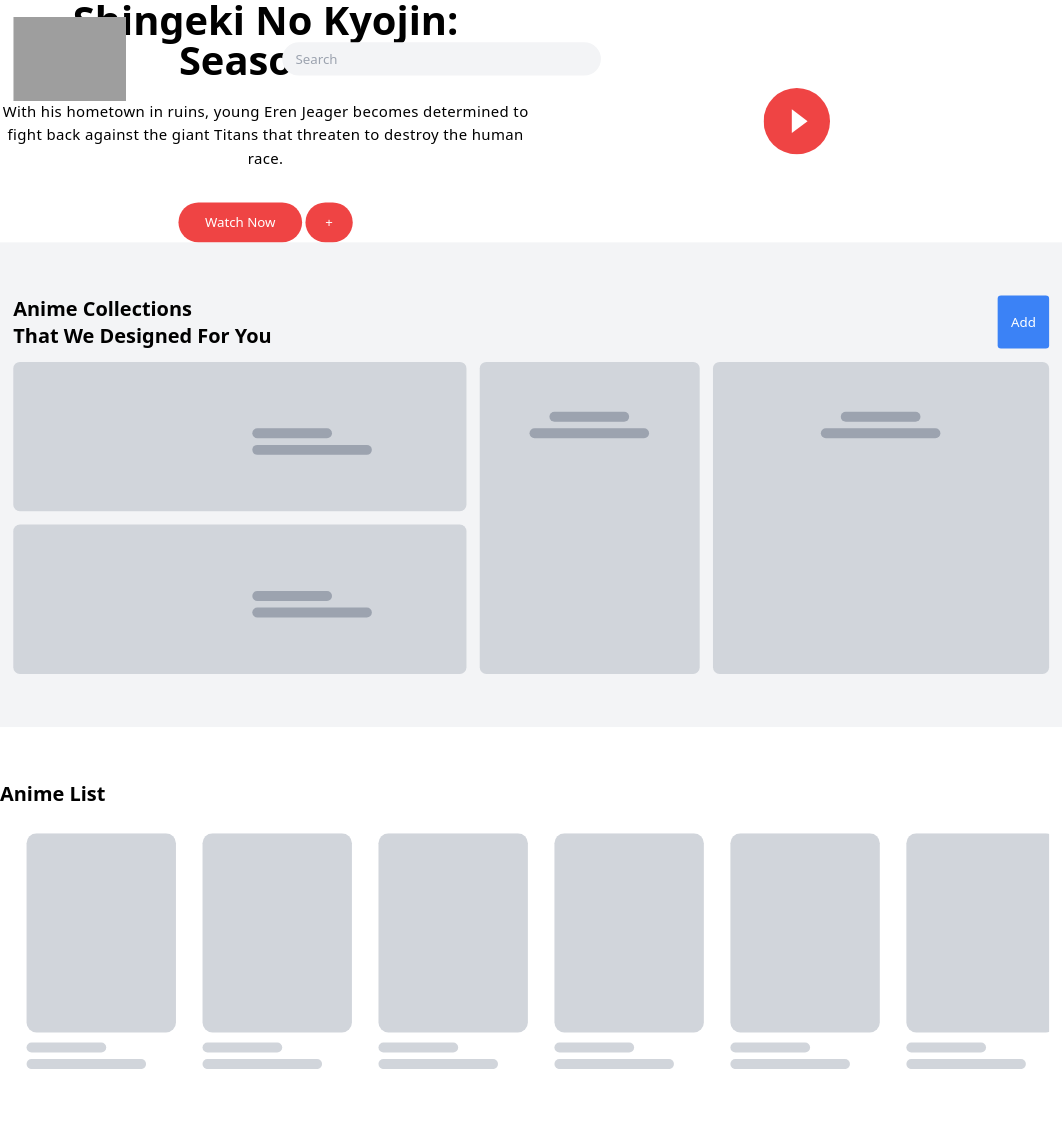
Repository: farrelmuhammad/anime-collections
Page: /
The author's editor kept a copy of each file at every save. The page is drawn from the files as they stood at one save, then again after the next save.
The browser window is 1280 px wide. The pictures show the whole page, at 83% of full size.
Pictures or frames that could not be fetched are drawn as grey boxes. The page's requests for data from a server got no answer. The project was rebuilt for these pictures with package versions that can differ from the ones it lists, and the page was loaded fresh each time. No one was signed in, and anything a server would have sent is missing. Also part of the build but not shown: src/App.css.

Above is the page before, as saved 2023-08-06 01:53:00.

### src/index.tsx
import React from 'react';
import ReactDOM from 'react-dom/client';
import "./assets/css/app.css";
import App from './App';
import reportWebVitals from './reportWebVitals';
import { BrowserRouter } from 'react-router-dom';
import { ApolloProvider } from '@apollo/client';
import client from './services/apollo-client'; // Assuming your apollo-client.ts is in the 'services' folder

const root = ReactDOM.createRoot(
  document.getElementById('root') as HTMLElement
);
root.render(
  <ApolloProvider client={client}>
    <React.StrictMode>
      <BrowserRouter>
        <App />
      </BrowserRouter>
    </React.StrictMode>
  </ApolloProvider>,
);

// If you want to start measuring performance in your app, pass a function
// to log results (for example: reportWebVitals(console.log))
// or send to an analytics endpoint. Learn more: https://bit.ly/CRA-vitals
reportWebVitals();

### src/assets/css/app.css
@import url("https://fonts.googleapis.com/css2?family=Open+Sans:wght@300;400;600&display=swap");
@tailwind base;
@tailwind components;
@tailwind utilities;

/* body {
  background-color: #16181f;
} */

/* utils */

.grid {
  grid-auto-flow: row dense;
  grid-auto-rows: minmax(180px, auto);
}

.stretched-link {
  @apply absolute inset-0 z-10;
}

/* card */

.card .card-shadow {
  @apply transition duration-300 shadow-none h-full;
}

.card:hover .card-shadow {
  @apply shadow-lg;
}

/* overlay */

.overlay {
  @apply absolute;
}

.overlay * {
  @apply transition-all duration-200;
}

.overlay.hoverable > * {
  @apply opacity-0;
}

.overlay.hoverable:hover > * {
  @apply opacity-100;
}

.overlay .video {
  @apply absolute transform bg-red-500 bg-no-repeat bg-center w-20 h-20 rounded-full items-center justify-center flex -translate-x-1/2 -translate-y-1/2;
  content: '';
  top: 50%;
  left: 50%;
  transform: translate(-50%, -50%);
  background-image: url("data:[embedded picture, 193 characters]");
}


@media only screen and (max-width: 768px) {
  .hero .hero-image,
  .hero .hero-caption {
    min-height: 90vh;
  }
  .hero .hero-cta {
    @apply w-12 h-12;
    transform: translateX(-75px) translateY(-50%);
    background-size: 37.5%;
  }
}

/* breadcrumb */

ul.breadcrumb {
  @apply flex flex-row items-center text-lg;
}

ul.breadcrumb li:not(:last-child):after {
  content: "/";
  @apply px-4;
}

ul.breadcrumb li:not(:last-child) a {
  @apply font-light;
}

ul.breadcrumb li:last-child a {
  @apply font-semibold;
}

/* slider */

.slider {
  @apply flex my-4 flex-col;
}

.slider .thumbnail {
  @apply w-screen order-last -mx-2 overflow-auto flex pl-4;
}

.slider .thumbnail .item {
  @apply rounded relative rounded-lg mb-4 cursor-pointer;
  width: 106px;
  height: 106px;
}

.slider .thumbnail .item:after {
  content: "";
  @apply transition duration-200 absolute inset-0 bg-black bg-opacity-0 border-2 border-black border-opacity-0 rounded-lg;
}

.slider .thumbnail .item.selected:after {
  content: "";
  @apply bg-opacity-25 border-opacity-100;
}

.slider .preview {
  @apply mb-4 px-4;
  height: 320px;
}

@media only screen and (min-width: 768px) {
  .slider {
    @apply flex-row;
  }
  .slider .thumbnail {
    @apply w-auto order-first block overflow-visible pl-0;
  }
  .slider .preview {
    height: 600px;
    width: 560px;
  }
}

a.cart svg g circle.dot {
  @apply hidden;
}

a.cart.cart-filled svg g circle.dot {
  @apply block;
}

button[disabled] {
  @apply bg-gray-300 hover:bg-gray-300 text-gray-400 hover:text-gray-400 cursor-not-allowed;
}

section:not(.bg-gray-100) + section.sitemap > div {
  @apply border-t;
}

### src/App.tsx
import React from 'react';
import logo from './logo.svg';
import './App.css';
import { Routes, Route } from 'react-router-dom';
import Home from './pages/Home';

function App() {
  return (
    <>
      <Routes>
        <Route path="/" element={<Home />} />
      </Routes>
    </>
  );
}

export default App;

### src/services/apollo-client.ts
import { ApolloClient, InMemoryCache } from '@apollo/client';

const client = new ApolloClient({
    uri: 'https://graphql.anilist.co', // AniList GraphQL API endpoint
    cache: new InMemoryCache(),
});

export default client;

### src/pages/Home.tsx
import React from 'react'
import Header from '../parts/Header'
import Hero from '../parts/Home/Hero'
import Categories from '../parts/Home/Categories'
import AnimeList from '../parts/Home/AnimeList'

const Home = () => {
    return (
        <>
            <Header theme="white" position="absolute" />
            <Hero />
            <Categories />
            <AnimeList />
        </>
    )
}

export default Home

### src/parts/Header.tsx
import React, { useState } from 'react'
import { Link } from "react-router-dom";

interface HeaderProps {
    theme: string; // Change the type to the appropriate one based on your usage
    position: string; // Change the type to the appropriate one based on your usage
}

const Header: React.FC<HeaderProps> = ({ theme, position }) => {
    const [toggleMainMenu, setToggleMainMenu] = useState<boolean>(false);
    return (
        <>
            <header className={[position, "w-full z-40 px-4"].join(" ")}>
                <div className="container mx-auto py-5">
                    <div className="flex flex-stretch items-center">
                        <div className="w-56 items-center flex">
                            <Link to="/">
                                <img
                                    // src={Logo}
                                    src="https://tv.idlixprime.com/wp-content/uploads/2020/07/logov4.png"
                                    alt="IDLIX"
                                />
                            </Link>
                        </div>
                        <div className="w-full flex items-center justify-center">
                            <input
                                type="text"
                                placeholder="Search"
                                className="w-full md:w-96 py-2 px-4 rounded-full bg-gray-100 focus:outline-none"
                            />
                        </div>
                        <div className="w-auto">
                            <ul
                                className={["fixed bg-white inset-0 flex flex-col items-center justify-center opacity-0 md:visible md:flex-row md:bg-transparent md:relative md:opacity-100 md:flex md:items-center", toggleMainMenu ? "opacity-100 z-30 visible" : "invisible opacity-0"].join(" ")}
                                id="menu"
                            >
                                <li className="mx-3 py-6 md:py-0">
                                    <Link
                                        to="/showcase"
                                        className={[
                                            "hover:underline",
                                            theme === "white"
                                                ? "text-black md:text-white"
                                                : "text-black md:text-black ",
                                        ].join(" ")}
                                    >
                                        Showcase
                                    </Link>
                                </li>
                                <li className="mx-3 py-6 md:py-0">
                                    <Link
                                        to="/catalog"
                                        className={[
                                            "hover:underline",
                                            theme === "white"
                                                ? "text-black md:text-white"
                                                : "text-black md:text-black ",
                                        ].join(" ")}
                                    >
                                        Catalog
                                    </Link>
                                </li>
                                <li className="mx-3 py-6 md:py-0">
                                    <Link
                                        to="/delivery"
                                        className={[
                                            "hover:underline",
                                            theme === "white"
                                                ? "text-black md:text-white"
                                                : "text-black md:text-black ",
                                        ].join(" ")}
                                    >
                                        Delivery
                                    </Link>
                                </li>
                                <li className="mx-3 py-6 md:py-0">
                                    <Link
                                        to="/rewards"
                                        className={[
                                            "hover:underline",
                                            theme === "white"
                                                ? "text-black md:text-white"
                                                : "text-black md:text-black ",
                                        ].join(" ")}
                                    >
                                        Rewards
                                    </Link>
                                </li>
                            </ul>
                        </div>
                        <div className="w-auto">
                            <ul className="items-center flex">
                                <li className="ml-6 block md:hidden">
                                    <button
                                        className={["flex z-50 items-center justify-center w-8 h-8 text-black md:text-white focus:outline-none",
                                            toggleMainMenu ? "fixed top-0 right-0" : "relative",
                                            theme === "white"
                                                ? "text-black md:text-white"
                                                : "text-black md:text-black "].join(" ")}
                                        onClick={() => setToggleMainMenu(prev => !prev)}
                                    >
                                        <svg
                                            className="fill-current"
                                            width="18"
                                            height="17"
                                            viewBox="0 0 18 17"
                                        >
                                            <path d="M15.9773 0.461304H1.04219C0.466585 0.461304 0 0.790267 0 1.19609C0 1.60192 0.466668 1.93088 1.04219 1.93088H15.9773C16.5529 1.93088 17.0195 1.60192 17.0195 1.19609C17.0195 0.790208 16.5529 0.461304 15.9773 0.461304Z" />
                                            <path d="M15.9773 7.68802H1.04219C0.466585 7.68802 0 8.01698 0 8.42281C0 8.82864 0.466668 9.1576 1.04219 9.1576H15.9773C16.5529 9.1576 17.0195 8.82864 17.0195 8.42281C17.0195 8.01692 16.5529 7.68802 15.9773 7.68802Z" />
                                            <path d="M15.9773 14.9147H1.04219C0.466585 14.9147 0 15.2437 0 15.6495C0 16.0553 0.466668 16.3843 1.04219 16.3843H15.9773C16.5529 16.3843 17.0195 16.0553 17.0195 15.6495C17.0195 15.2436 16.5529 14.9147 15.9773 14.9147Z" />
                                        </svg>
                                    </button>
                                </li>
                                {/* <li className="ml-6">
                                    <Link
                                        className={["cart flex items-center justify-center w-8 h-8", theme === "white" ? "text-black md:text-white" : "text-white md:text-black", state.cart && Object.keys(state.cart).length > 0 ? "cart-filled" : "", isCartChanged ? "animate-bounce" : ""
                                        ].join(" ")}
                                        to="/cart"
                                    >
                                        <IconCart />
                                    </Link>
                                </li> */}
                            </ul>
                        </div>
                    </div>
                </div>
            </header>
        </>
    )
}

export default Header

### src/parts/Home/Hero.tsx
import React, { useState, useEffect } from "react";
import axios from "axios";

const Hero: React.FC = () => {
    const [randomImage, setRandomImage] = useState<string | null>(null);

    useEffect(() => {
        fetchRandomAnimeImage();
    }, []);

    const fetchRandomAnimeImage = async () => {
        try {
            const response = await axios.get("https://picsum.photos/800/600");
            console.log(response.request.responseURL);
            setRandomImage(response.request.responseURL);
        } catch (error) {
            console.error("Error fetching random image:", error);
        }
    };

    return (
        <section className="flex items-center hero">
            <div className="w-full absolute z-20 inset-0 md:relative md:w-1/2 text-center flex flex-col justify-center hero-caption">
                <h1 className="text-3xl md:text-5xl leading-tight font-semibold">
                    Shingeki No Kyojin: <br className="" />
                    Season 4
                </h1>
                <h2 className="px-8 text-base md:px-0 md:text-lg my-6 tracking-wide">
                    With his hometown in ruins, young Eren Jeager becomes determined to fight back against the giant Titans that threaten to destroy the human race.
                </h2>

                <div>
                    <a
                        href="#browse-the-room"
                        className="bg-red-500 text-white hover:bg-black hover:text-red-400 rounded-full px-8 py-3 mt-4 mr-1 inline-block flex-none transition duration-200"
                    >
                        Watch Now
                    </a>
                    <a
                        href="#browse-the-room"
                        className="bg-red-500 text-white hover:bg-black hover:text-red-400 rounded-full px-6 py-3 mt-4 inline-block flex-none transition duration-200"
                        title="Watch List"
                    >
                        +
                    </a>

                </div>
            </div>
            <div className="w-full inset-0 md:relative md:w-1/2">
                <div className="relative hero-image">
                    <div className="overlay inset-0 bg-black opacity-35 z-10"></div>
                    <div className="overlay right-0 bottom-0 md:inset-0">
                        <button
                            className="video hero-cta focus:outline-none z-30 modal-trigger"
                            data-content='<div class="w-screen pb-56 md:w-88 md:pb-56 relative z-50">
              <div class="absolute w-full h-full">
                <iframe
                  width="100%"
                  height="100%"
                  src="https://www.youtube.com/embed/3h0_v1cdUIA"
                  frameborder="0"
                  allow="accelerometer; autoplay; clipboard-write; encrypted-media; gyroscope; picture-in-picture"
                  allowfullscreen
                ></iframe>
              </div>
            </div>'
                        ></button>
                    </div>
                    {randomImage && ( // Add this condition to render the image only when randomImage is not null
                        <img
                            src={randomImage}
                            alt="hero 1"
                            className="absolute inset-0 md:relative w-full h-full object-cover object-center"
                        />
                    )}
                </div>
            </div>
        </section>
    );
};

export default Hero;

### src/parts/Home/Categories.tsx
import React, { useEffect } from "react";
// import useAsync from "../../helpers/hooks/useAsync";
import fetch from "../../helpers/fetch";

interface Category {
    id: number;
    title: string;
    imageUrl: string;
    products: number;
    ratio: {
        default: string;
        md: string;
    };
}

interface CategoriesProps { }

function Loading({ ratio }: { ratio: any }) {
    const dummy = [
        {
            id: 1,
            ratio: {
                default: "1/9",
                md: "1/4",
            },
        },
        {
            id: 2,
            ratio: {
                default: "1/9",
                md: "2/2",
            },
        },
        {
            id: 3,
            ratio: {
                default: "1/9",
                md: "2/3",
            },
        },
        {
            id: 4,
            ratio: {
                default: "1/9",
                md: "1/4",
            },
        },
    ];

    return (
        <>
            {dummy.map((item, index) => (
                <div
                    key={item.id}
                    className={`relative card ${ratio?.wrapper.default?.[item.ratio.default]
                        } ${ratio?.wrapper.md?.[item.ratio.md]}`}
                    style={{ height: index === 0 ? 180 : "auto" }}
                >
                    <div className="bg-gray-300 rounded-lg w-full h-full">
                        <div className={`overlay  ${ratio?.meta?.[item.ratio.md]}`}>
                            <div className="w-24 h-3 bg-gray-400 mt-3 rounded-full"></div>
                            <div className="w-36 h-3 bg-gray-400 mt-2 rounded-full"></div>
                        </div>
                    </div>
                </div>
            ))}
        </>
    );
}

const Categories: React.FC<CategoriesProps> = () => {
    // const { data, status, error, run, isLoading } = useAsync<{ data: Category[] }>();

    // useEffect(() => {
    //     run(
    //         fetch({
    //             url: "/api/categories/?page=1&limit=4",
    //         })
    //     );
    // }, [run]);

    const ratioClassNames = {
        wrapper: {
            default: {
                "1/9": "col-span-9 row-span-1",
            },
            md: {
                "1/4": "md:col-span-4 md:row-span-1",
                "2/2": "md:col-span-2 md:row-span-2",
                "2/3": "md:col-span-3 md:row-span-2",
            },
        },
        meta: {
            "1/9":
                "left-0 top-0 bottom-0 flex justify-center flex-col pl-48 md:pl-72",
            "1/4":
                "left-0 top-0 bottom-0 flex justify-center flex-col pl-48 md:pl-72",
            "2/2":
                "inset-0 md:bottom-auto flex justify-center md:items-center flex-col pl-48 md:pl-0 pt-0 md:pt-12",
            "2/3":
                "inset-0 md:bottom-auto flex justify-center md:items-center flex-col pl-48 md:pl-0 pt-0 md:pt-12",
        },
    };

    return (
        <section className="flex bg-gray-100 py-16 px-4" id="browse-the-room">
            <div className="container mx-auto">
                <div className="flex flex-start mb-4">
                    <h3 className="text-2xl capitalize font-semibold">
                        Anime Collections <br />
                        that we designed for you
                    </h3>
                    <button className="ml-auto bg-blue-500 text-white px-4 py-2 rounded">
                        Add
                    </button>
                </div>

                <div className="grid grid-rows-2 grid-cols-9 gap-4">
                    {/* {isLoading ? (
                    <Loading ratio={ratioClassNames} />
                ) : (
                    data?.data.map((item, index) => {
                        return (
                            <div
                                key={item.id}
                                className={`relative card ${ratioClassNames?.wrapper.default?.[item.ratio.default]
                                    } ${ratioClassNames?.wrapper.md?.[item.ratio.md]}`}
                                style={{ height: index === 0 ? 180 : "auto" }}
                            >
                                <div className="card-shadow rounded-xl">
                                    <img
                                        src={`../../assets/images/content/${item.imageUrl}`}
                                        alt={item.title}
                                        className="w-full h-full object-cover object-center overlay overflow-hidden rounded-xl"
                                    />
                                </div>
                                <div
                                    className={`overlay  ${ratioClassNames?.meta?.[item.ratio.md]
                                        }`}
                                >
                                    <h5 className="text-lg font-semibold">{item.title}</h5>
                                    <span className="">
                                        {item.products} item{item.products > 1 ? "s" : ""}
                                    </span>
                                </div>
                            </div>
                        );
                    })
                )} */}
                    <Loading ratio={ratioClassNames} />
                </div>
            </div>
        </section>
    );
};

export default Categories;

### src/graphql/queries.ts
import { gql } from '@apollo/client';

export const GET_ANIME_LIST = gql`
query ($id: Int, $page: Int, $perPage: Int, $search: String) {
    Page (page: $page, perPage: $perPage) {
      pageInfo {
        total
        currentPage
        lastPage
        hasNextPage
        perPage
      }
      media (id: $id, search: $search) {
        id
        title {
          romaji
        }
      }
    }
  }
`;

export const GET_ANIME_DETAIL = gql`
  query GetAnimeDetail($animeId: Int!) {
    Media(id: $animeId) {
      id
      title {
        romaji
      }
      coverImage {
        large
      }
      description
    }
  }
`;

Loaded but not shown: public/index.html (common file); src/reportWebVitals.ts (common file); tailwind.config.js (common file); src/parts/Home/AnimeList.tsx (156 lines, source omitted)

After the next save:
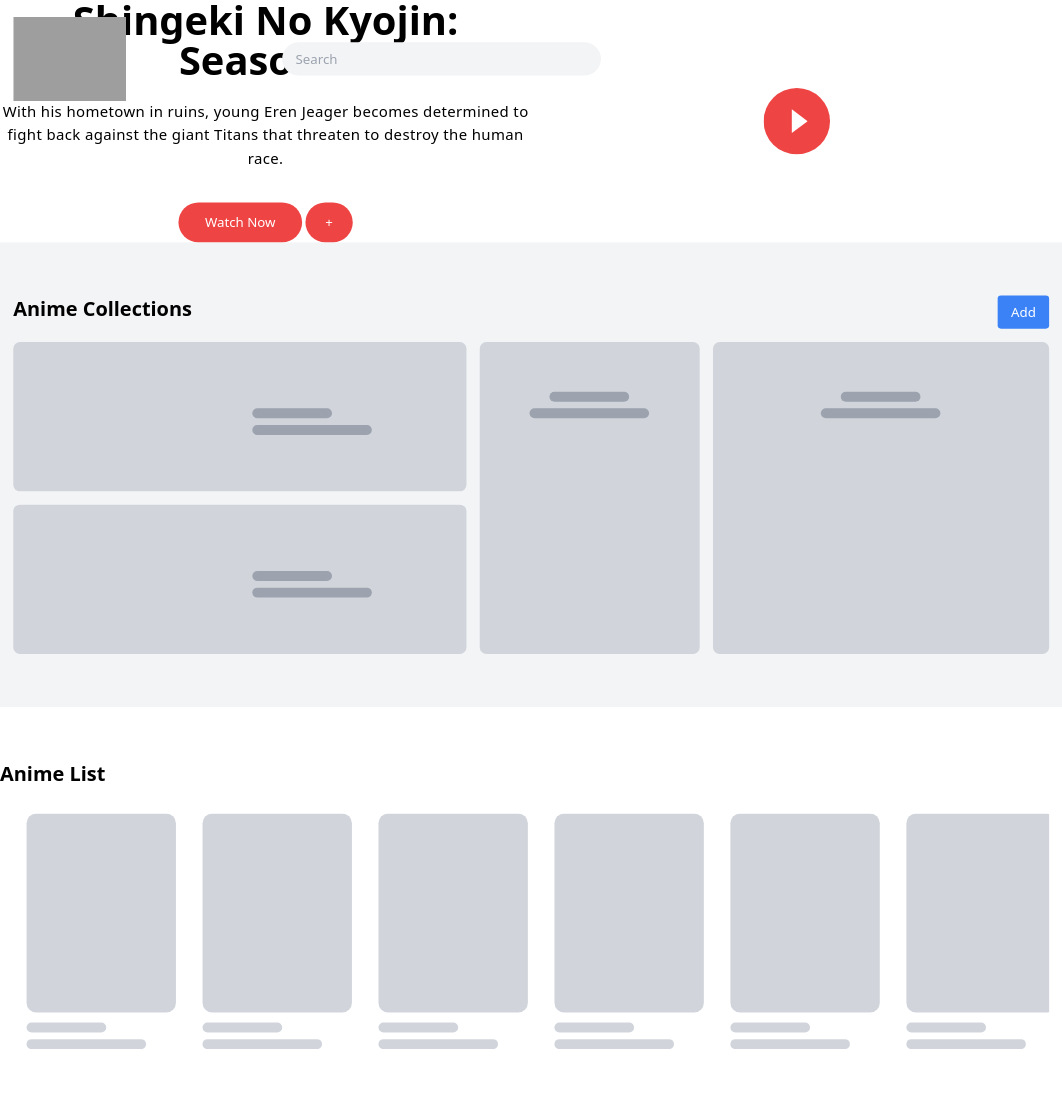
Saved 9 s later.
--- a/src/parts/Home/Categories.tsx
+++ b/src/parts/Home/Categories.tsx
@@ -107,8 +107,7 @@
             <div className="container mx-auto">
                 <div className="flex flex-start mb-4">
                     <h3 className="text-2xl capitalize font-semibold">
-                        Anime Collections <br />
-                        that we designed for you
+                        Anime Collections
                     </h3>
                     <button className="ml-auto bg-blue-500 text-white px-4 py-2 rounded">
                         Add
